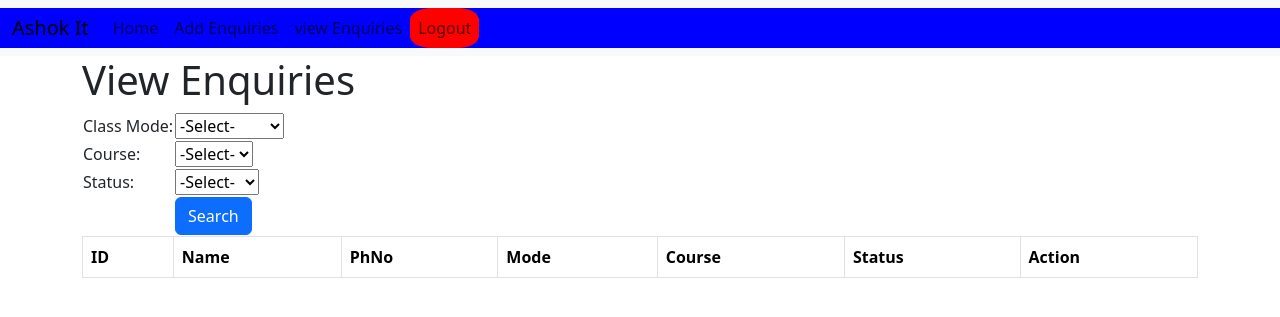
Repository: dibyajyotipanigrahi/Mini-Projects
Page: http://localhost/viewEnquiries
An editor plug-in stored every save of this project. The page is shown before and after the next save, followed by the edit.
The browser window is 1280 px wide. The pictures show the whole page.
The page is this project's Thymeleaf template; nobody is signed in. The template is opened directly, without the code that normally fills it, so the values that code supplies are empty.

Above is the page before, as saved 2024-04-26 11:39:49.

### 01-Councellors-Application/src/main/resources/templates/viewEnquiries.html
<!doctype html>
<html lang="en">

<head>
	<meta charset="utf-8">
	<meta name="viewport" content="width=device-width, initial-scale=1">
	<title>View Enquiries</title>
	<link href="https://cdn.jsdelivr.net/npm/bootstrap@5.3.3/dist/css/bootstrap.min.css" rel="stylesheet"
		integrity="sha384-QWTKZyjpPEjISv5WaRU9OFeRpok6YctnYmDr5pNlyT2bRjXh0JMhjY6hW+ALEwIH" crossorigin="anonymous">
</head>

<body>
	<nav class="navbar navbar-expand-lg bg-body-tertiary">
		<div class="container-fluid" style="background-color: blue;">
			<a class="navbar-brand" href="#">Ashok It</a>

			<button class="navbar-toggler" type="button" data-bs-toggle="collapse" data-bs-target="#navbarNav"
				aria-controls="navbarNav" aria-expanded="false" aria-label="Toggle navigation">
				<span class="navbar-toggler-icon"></span>
			</button>
			<div class="collapse navbar-collapse" id="navbarNav">
				<ul class="navbar-nav">
					<li class="nav-item">
						<a class="nav-link" href="dashboard">Home</a>
					</li>

					<li class="nav-item">
						<a class="nav-link" href="enquiry">Add Enquiries</a>
					</li>
					<li class="nav-item">
						<a class="nav-link" href="enquiries">view Enquiries</a>
					</li>
					<li class="nav-item">
						<a class="nav-link" href="logout" style="background-color: red;border-radius: 30%;">Logout</a>
					</li>

				</ul>
			</div>
		</div>
	</nav>
	<div class="container">
		<h1>View Enquiries</h1>



		<form th:object="${Enquiry}" th:action="@{/filter-enqs}" method="post">
			<table>


				<tr>
					<td>Class Mode:</td>
					<td>
						<select th:field="*{mode}" >
							<option value="">-Select-</option>
							<option value="classroom">Classsroom</option>
							<option value="online">Online</option>
						</select>
					</td>
				</tr>
				<tr>
					<td>Course:</td>
					<td>
						<select th:field="*{course}" >
							<option value="">-Select-</option>
							<option value="Java">Java</option>
							<option value="Devops">Devops</option>
						</select>
					</td>
				</tr>
				<tr>
					<td>Status:</td>
					<td>
						<select th:field="*{status}" >
							<option value="">-Select-</option>
							<option value="New">New</option>
							<option value="Enrolled">Enrolled</option>
							<option value="Lost">Lost</option>
						</select>
					</td>
					</tr>
					<tr>
						<td></td>
						<td><input type="submit" value="Search" class="btn btn-primary"/></td>
					</tr>



			</table>



		</form>































		<table class="table table-bordered table-striped">
			<thead>
				<tr>
					<th>ID</th>
					<th>Name</th>
					<th>PhNo</th>
					<th>Mode</th>
					<th>Course</th>
					<th>Status</th>
					<th>Action</th>

				</tr>
			</thead>

			<tbody>
				<tr th:each="enq:${enqs}">

					<td th:text="${enq.enqID}"></td>
					<td th:text="${enq.stuName}" />
					<td th:text="${enq.stuPhno}" />
					<td th:text="${enq.mode}" />
					<td th:text="${enq.course}" />
					<td th:text="${enq.status}" />
					<td>
						<a th:href="@{'/edit/'+ ${enq.enqID}}">Edit</a>
					</td>
				</tr>
			</tbody>

		</table>
	</div>
	<script src="https://cdn.jsdelivr.net/npm/bootstrap@5.3.3/dist/js/bootstrap.bundle.min.js"
		integrity="sha384-YvpcrYf0tY3lHB60NNkmXc5s9fDVZLESaAA55NDzOxhy9GkcIdslK1eN7N6jIeHz"
		crossorigin="anonymous"></script>
</body>

</html>

After the next save:
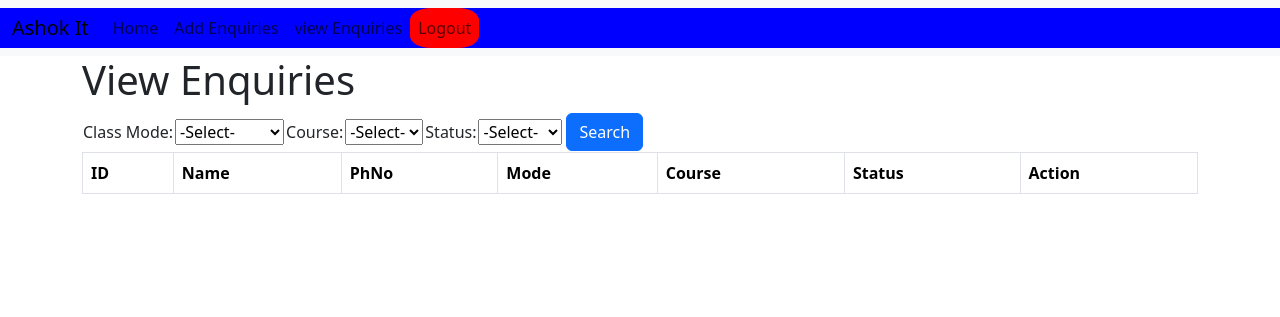
Saved 11 min 45 s later.
--- a/01-Councellors-Application/src/main/resources/templates/viewEnquiries.html
+++ b/01-Councellors-Application/src/main/resources/templates/viewEnquiries.html
@@ -56,8 +56,8 @@
 							<option value="online">Online</option>
 						</select>
 					</td>
-				</tr>
-				<tr>
+
+
 					<td>Course:</td>
 					<td>
 						<select th:field="*{course}" >
@@ -66,8 +66,7 @@
 							<option value="Devops">Devops</option>
 						</select>
 					</td>
-				</tr>
-				<tr>
+
 					<td>Status:</td>
 					<td>
 						<select th:field="*{status}" >
@@ -77,39 +76,12 @@
 							<option value="Lost">Lost</option>
 						</select>
 					</td>
-					</tr>
-					<tr>
+
 						<td></td>
 						<td><input type="submit" value="Search" class="btn btn-primary"/></td>
 					</tr>
-
-
-
 			</table>
-
-
-
 		</form>
-
-
-
-
-
-
-
-
-
-
-
-
-
-
-
-
-
-
-
-
 
 
 
